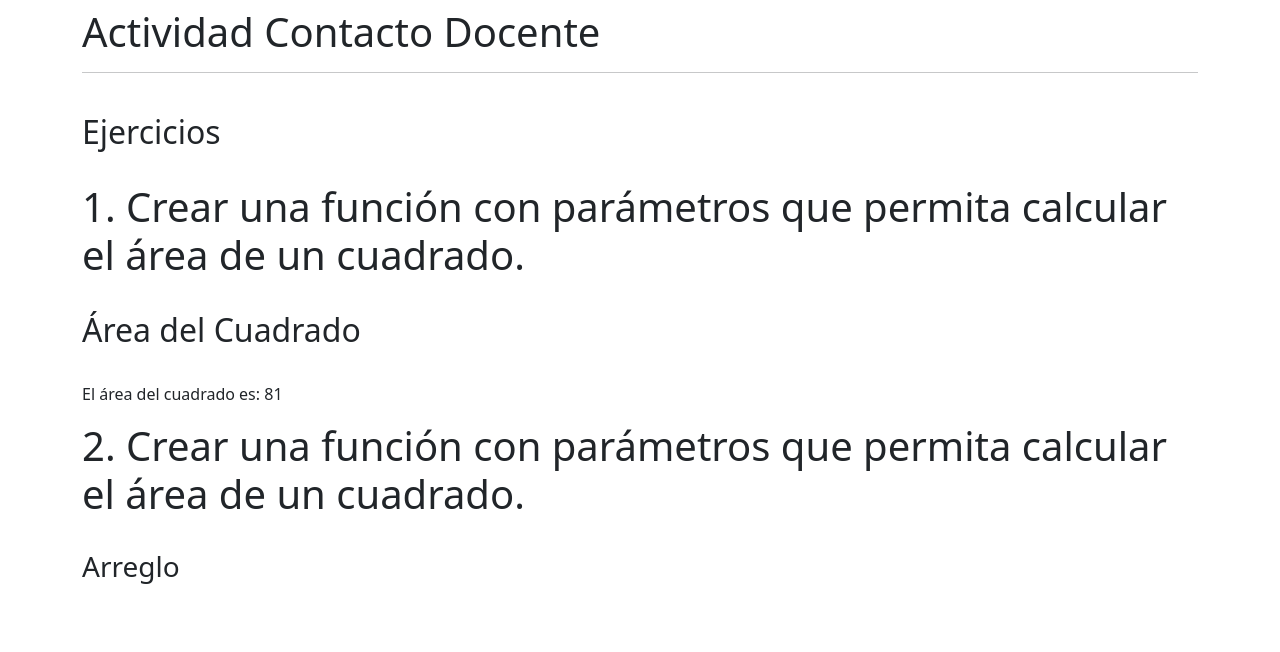
Repository: Jchimbo99/Actvidad1
Page: / (app in typescript-actividad/)
The author's editor kept a copy of each file at every save. The page is drawn from the files as they stood at one save, then again after a run of saves.
The browser window is 1280 px wide. The pictures show the whole page.
The project was rebuilt for these pictures with package versions that can differ from the ones it lists, and the page was loaded fresh each time. Also part of the build but not shown: typescript-actividad/vite.config.ts.

Above is the page before, as saved 2025-01-22 20:39:04.

After the next 2 saves:
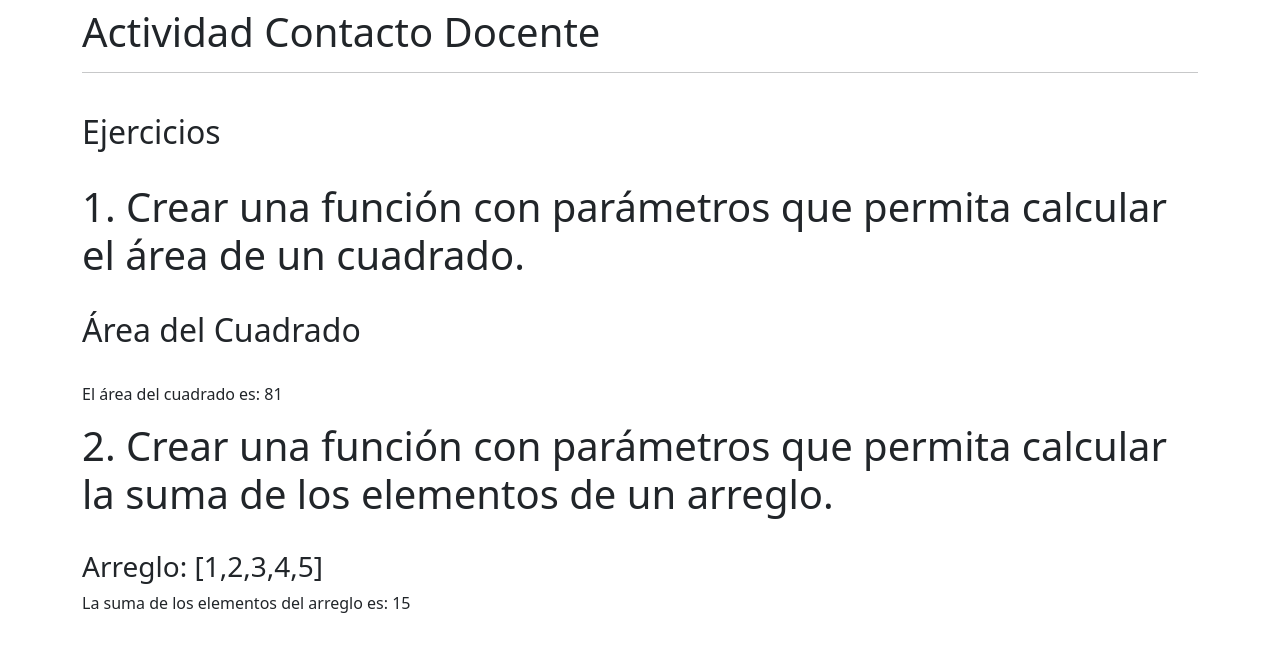
The 2 saves are shown as one change because they came seconds apart.
The last was saved 26 s later.
--- a/typescript-actividad/src/typescript/Arreglo.tsx
+++ b/typescript-actividad/src/typescript/Arreglo.tsx
@@ -1,12 +1,23 @@
 
 
 export const Arreglo = () => {
-  return (
-    <div>
-         <h1>2.	Crear una función con parámetros que permita calcular el área de un cuadrado.</h1>
-         <br />
-        <h3>Arreglo</h3></div>
+    // Definir el arreglo
+    const arreglo = [1, 2, 3, 4, 5]; // Puedes cambiar estos números
 
+    // Función para sumar los elementos del arreglo
+    const sumarElementosArreglo = (arreglo: number[]): number => {
+        return arreglo.reduce((acumulado, valorActual) => acumulado + valorActual, 0);
+    }
 
-  )
+    // Calcular la suma
+    const suma = sumarElementosArreglo(arreglo);
+
+    return (
+        <div>
+            <h1>2. Crear una función con parámetros que permita calcular la suma de los elementos de un arreglo.</h1>
+            <br />
+            <h3>Arreglo: {JSON.stringify(arreglo)}</h3>
+            <p>La suma de los elementos del arreglo es: {suma}</p>
+        </div>
+    );
 }
